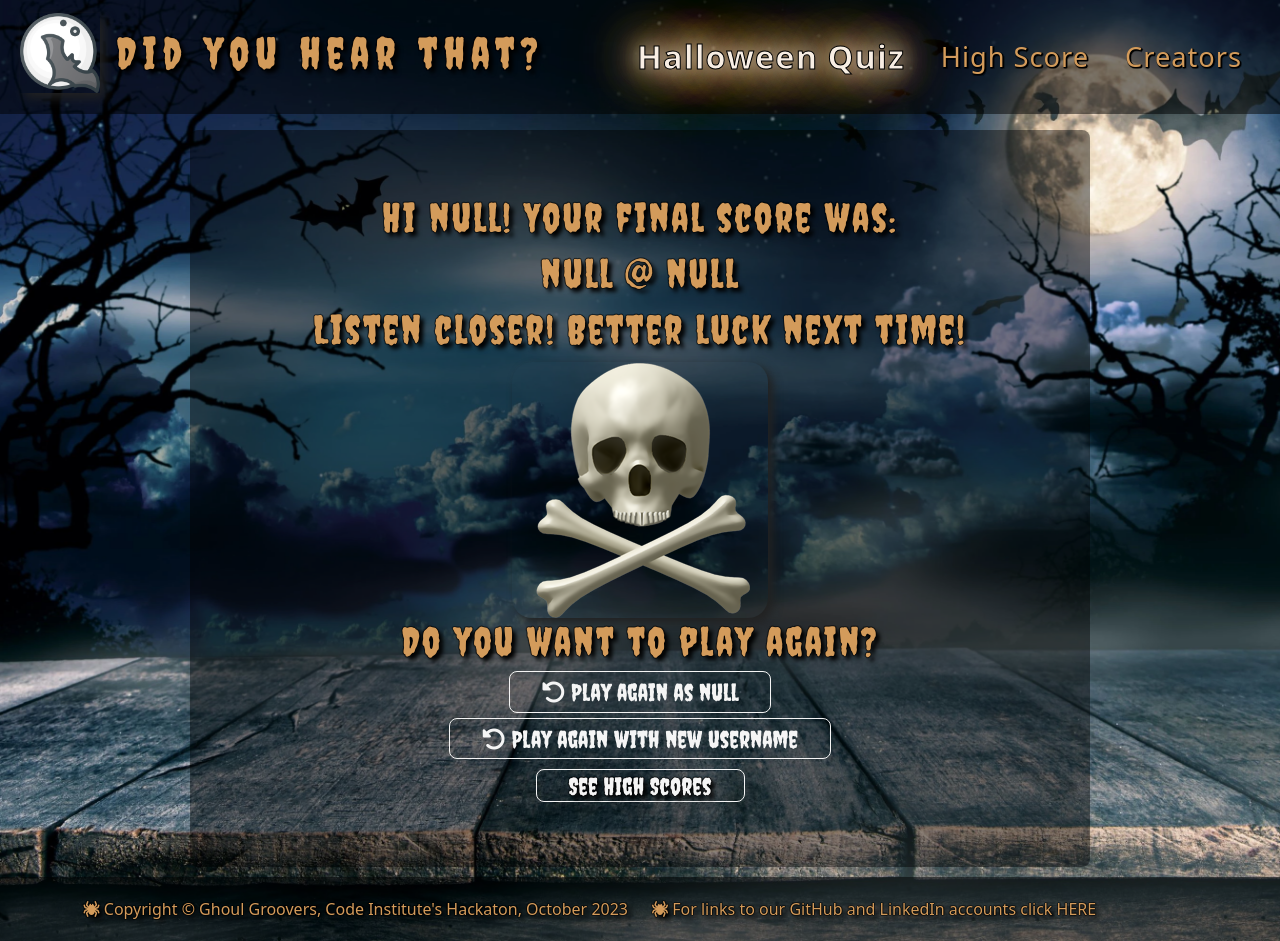
Repository: KTC96/Didyouhearthat
Page: end_game.html
These files come from the project's save history. The page is drawn as it stood at one moment and after the next save; the edit follows.
The browser window is 1280 px wide. The pictures show the whole page.
Some web libraries are served in a nearby version.

Above is the page before, as saved 2023-10-23 12:08:48.
Console error: TypeError: Cannot read properties of null (reading 'addEventListener')

After the next save:
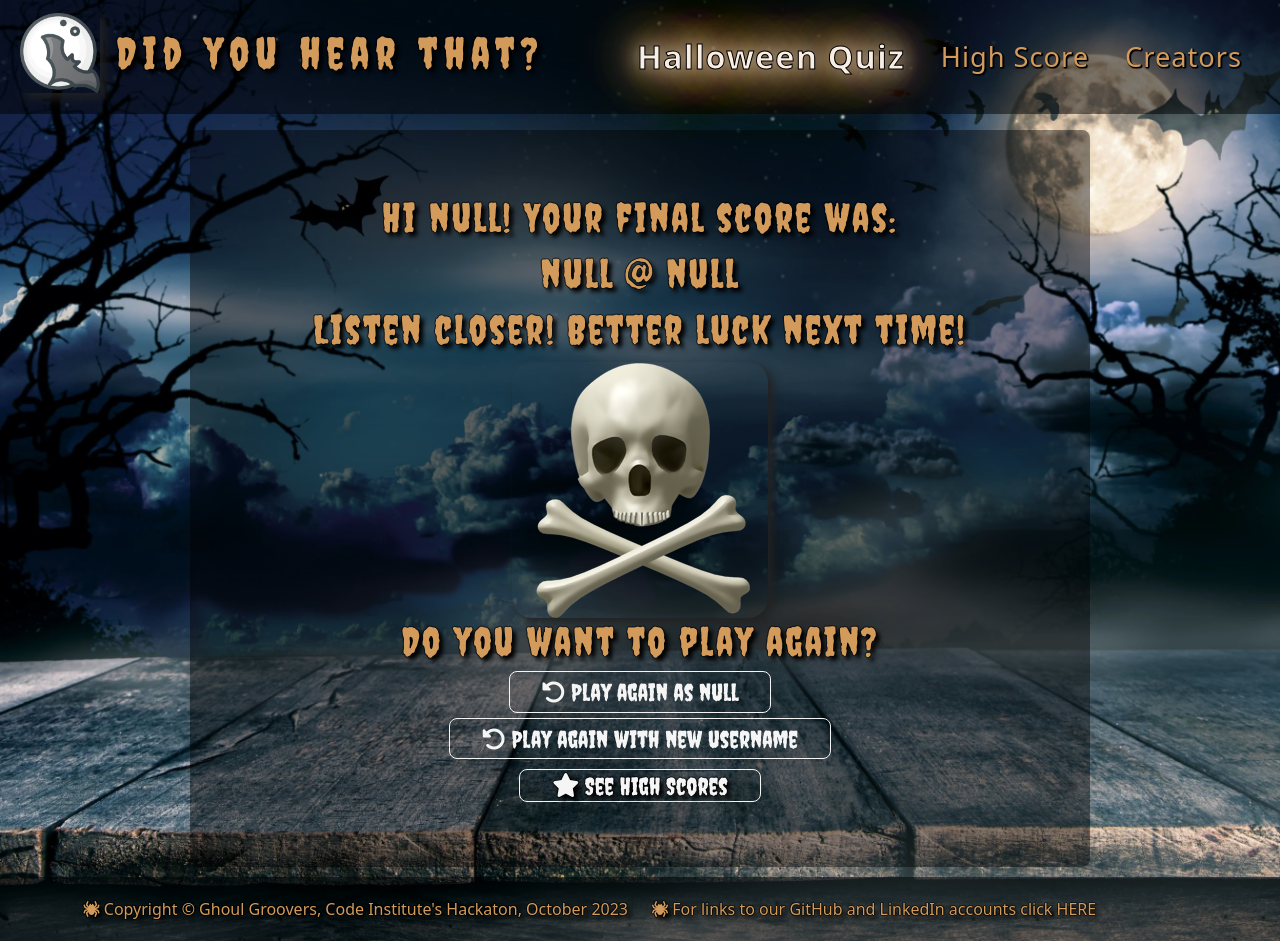
Saved 106 s later.
--- a/end_game.html
+++ b/end_game.html
@@ -65,7 +65,7 @@
         <br>
         <button type="submit" id="play-again-btn" class="btn_spook"><i class="fa-solid fa-rotate-left"></i> Play again with new username</button>
         <br>
-        <a href="highscore.html" class="btn_spook">See High Scores</a>
+        <a href="highscore.html" class="btn_spook"><i class="fa-solid fa-star"></i> See High Scores</a>
     </section>
     </main>
 
